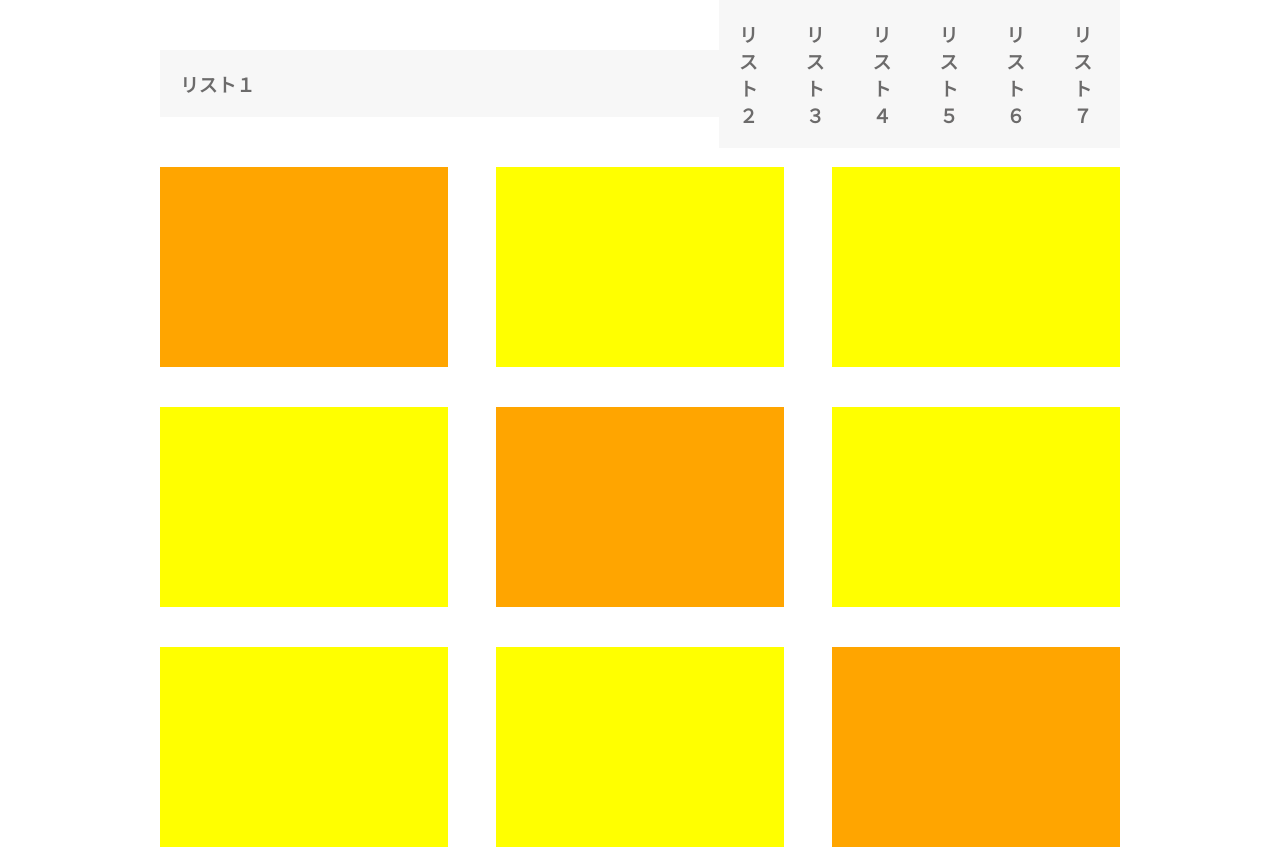
Repository: CarAll02/git-practice
Page: chapter8_exercise/index.html
The author's editor kept a record of every edit. The page is drawn from the files as they stood at one moment, then again after the next edit.
The browser window is 1280 px wide. The pictures show the whole page.

Above is the page before.

### chapter8_exercise/index.html
<!DOCTYPE html>
<html lang="ja">
  <head>
    <meta charset="UTF-8"/>
    <link rel="stylesheet" href="style.css">
    <title>chapter8_exercise</title>
  </head>

  <body>
    <main>
      <div class="list">

          <h3 class="list-text">リスト１</h3>
        </div>
        <div class="list-box">
          <h3 class="list-text">リスト２</h3>
        </div>
        <div class="list-box">
          <h3 class="list-text">リスト３</h3>
        </div>
        <div class="list-box">
          <h3 class="list-text">リスト４</h3>
        </div>
        <div class="list-box">
          <h3 class="list-text">リスト５</h3>
        </div>
        <div class="list-box">
          <h3 class="list-text">リスト６</h3>
        </div>
        <div class="list-box">
          <h3 class="list-text">リスト７</h3>
        </div>
      </div>
    </main>

    <div class="panel">
      <div class="panel-item"></div>
      <div class="panel-item"></div>
      <div class="panel-item"></div>
      <div class="panel-item"></div>
      <div class="panel-item"></div>
      <div class="panel-item"></div>
      <div class="panel-item"></div>
      <div class="panel-item"></div>
      <div class="panel-item"></div>
    </div>

  </body>

</html>

### chapter8_exercise/style.css
*{
  margin:0;
  padding: 0;
  box-sizing:border-box;
  color:#6c6b6b;
}

main{
  width:960px;
  display:flex;
  justify-content:center;
  margin:0 auto;
}

.list{
  width: 960px;
  margin: 50px 0 50px 0;
}

.list-text{
  padding:20px;
}

.list-text:nth-child(odd){
  background-color: #f7f7f7;
}

.panel{
  width: 960px;
  height: 680px;
  margin-bottom: 50px;
  margin:0 auto;
  display:flex;
  flex-wrap:wrap;
}

.panel-item{
  width: 30%;
  height:200px;
  background-color: yellow;
  margin-right: 5%;
  margin-bottom: 40px;
}

.panel-item:nth-child(3n){
  margin-right: -5%;
}

.panel-item:nth-child(1){
  background-color: orange;
}

.panel-item:nth-child(5){
  background-color: orange;
}

.panel-item:nth-child(9){
  background-color: orange;
}

After the next edit:
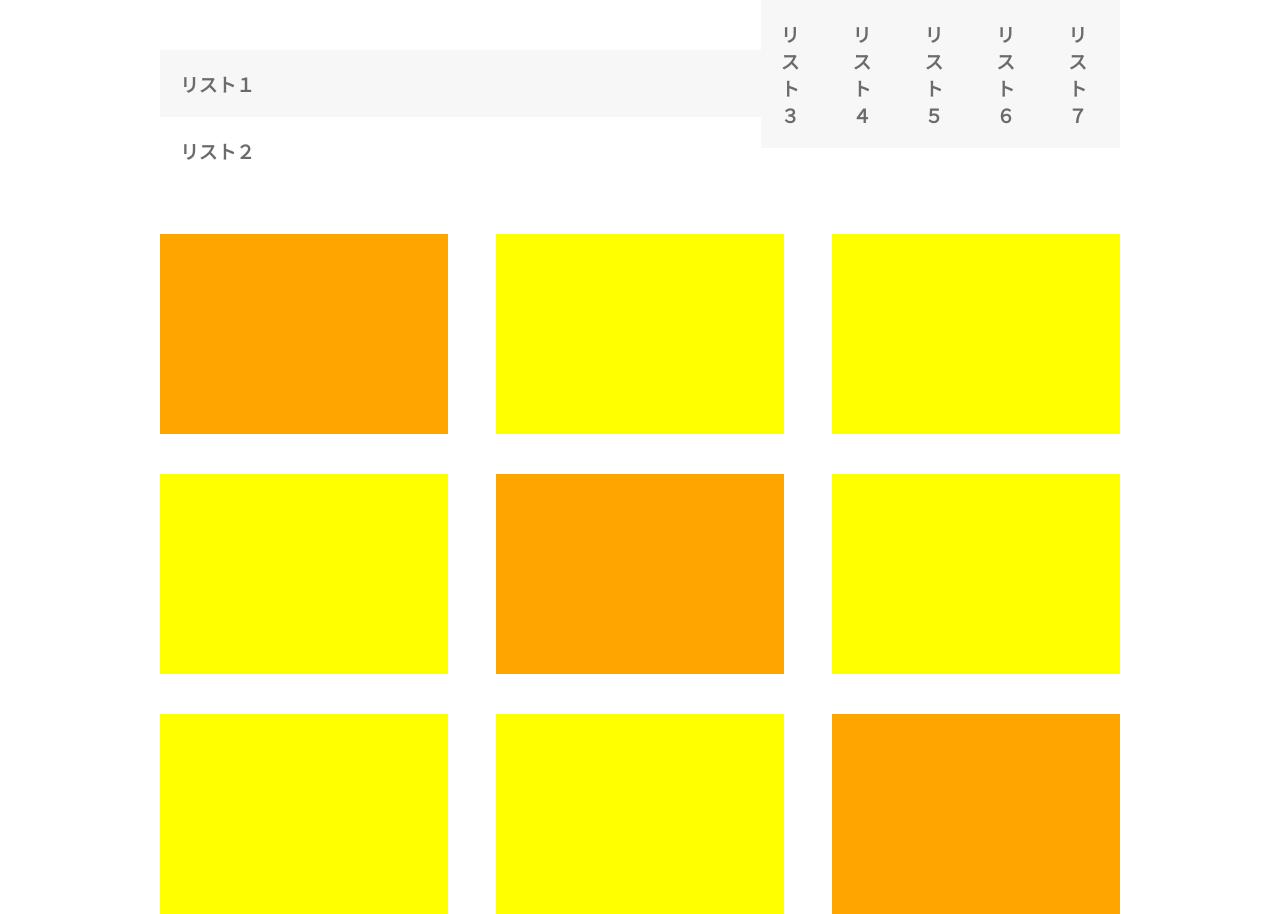
The edit:
--- a/chapter8_exercise/index.html
+++ b/chapter8_exercise/index.html
@@ -11,8 +11,8 @@
       <div class="list">
 
           <h3 class="list-text">リスト１</h3>
-        </div>
-        <div class="list-box">
+
+
           <h3 class="list-text">リスト２</h3>
         </div>
         <div class="list-box">
